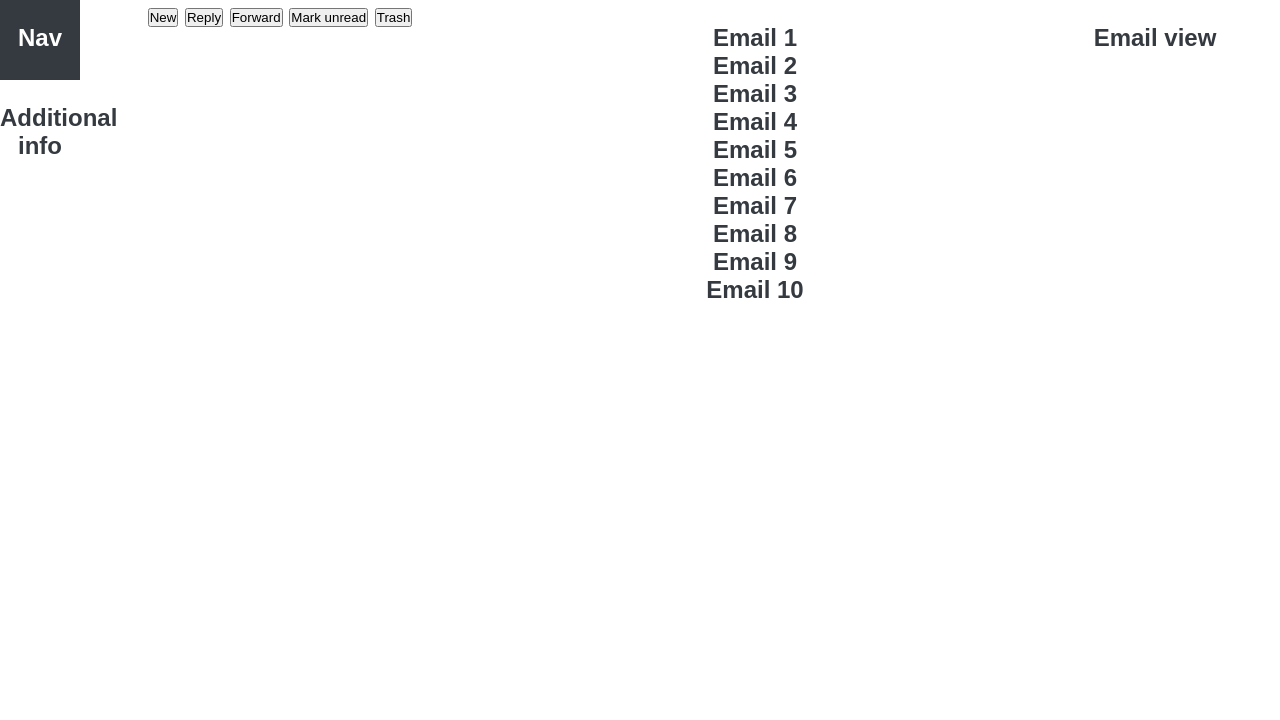
Repository: nghiakma/HTML-CSS-Fundamental
Page: Component_LayoutPatterns/applayout.html
An editor plug-in stored every save of this project. The page is shown before and after the next save, followed by the edit.
The browser window is 1280 px wide. The pictures show the whole page.

Above is the page before, as saved 2023-08-26 18:35:52.

### Component_LayoutPatterns/applayout.html
<!DOCTYPE html>
<html lang="en">

<head>
  <meta charset="UTF-8">
  <meta name="viewport" content="width=device-width, initial-scale=1.0">
  <title>App Layout</title>
  <style>
    * {
      margin: 0;
      padding: 0;
      box-sizing: border-box;
    }

    body {
      font-family: sans-serif;
      color: #343a40;
      font-size: 24px;
      height: 100vh;
      text-align: center;
      font-weight: bold;
      display: grid;
      grid-template-columns: 80px 400px 1fr 250px;
      grid-template-rows: 80px 1fr;
    }

    nav,
    section,
    main,
    aside {
      padding-top: 24px;
    }

    nav {
      background-color: #343a40;
      color: white;
      gri
    }
  </style>
</head>



<body>
  <nav>Nav</nav>
  <menu>
    <button>New</button>
    <button>Reply</button>
    <button>Forward</button>
    <button>Mark unread</button>
    <button>Trash</button>
  </menu>
  <section>
    <div class="email">Email 1</div>
    <div class="email">Email 2</div>
    <div class="email">Email 3</div>
    <div class="email">Email 4</div>
    <div class="email">Email 5</div>
    <div class="email">Email 6</div>
    <div class="email">Email 7</div>
    <div class="email">Email 8</div>
    <div class="email">Email 9</div>
    <div class="email">Email 10</div>
  </section>
  <main>Email view</main>
  <aside>Additional info</aside>
</body>

</html>

After the next save:
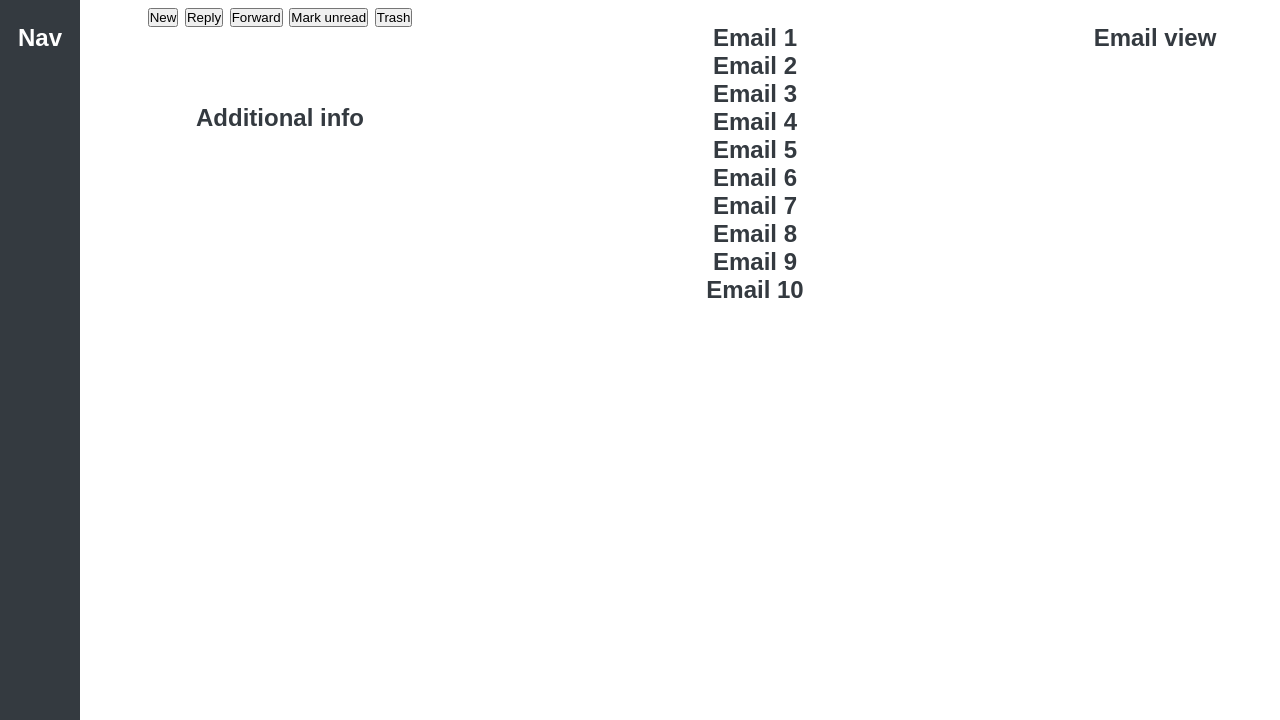
Saved 8 s later.
--- a/Component_LayoutPatterns/applayout.html
+++ b/Component_LayoutPatterns/applayout.html
@@ -34,7 +34,7 @@
     nav {
       background-color: #343a40;
       color: white;
-      gri
+      grid-row: 1 / -1;
     }
   </style>
 </head>
